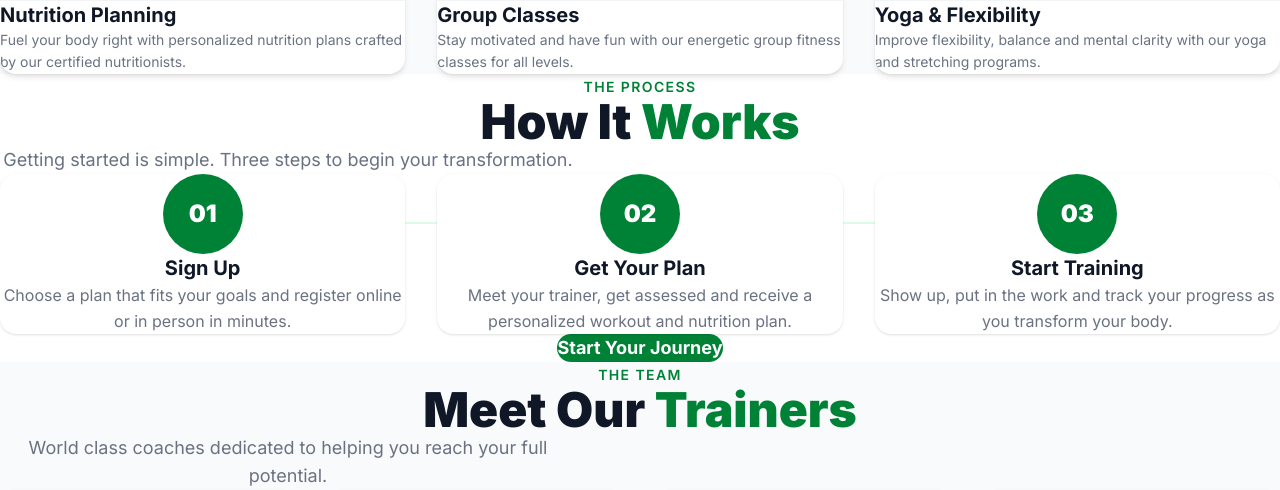
Repository: joshuaonazi/primeFitness
Page: /
The author's editor kept a copy of each file at every save. The page is drawn from the files as they stood at one save, then again after the next save.
The browser window is 1280 px wide. The pictures show the part of the page from y = 1941 to 2431 px (the page is 4222 px tall).
Pictures or frames that could not be fetched are drawn as grey boxes. The project was rebuilt for these pictures with package versions that can differ from the ones it lists, and the page was loaded fresh each time. Also part of the build but not shown: vite.config.js.

Above is the page before, as saved 2026-05-28 00:20:29.

After the next save:
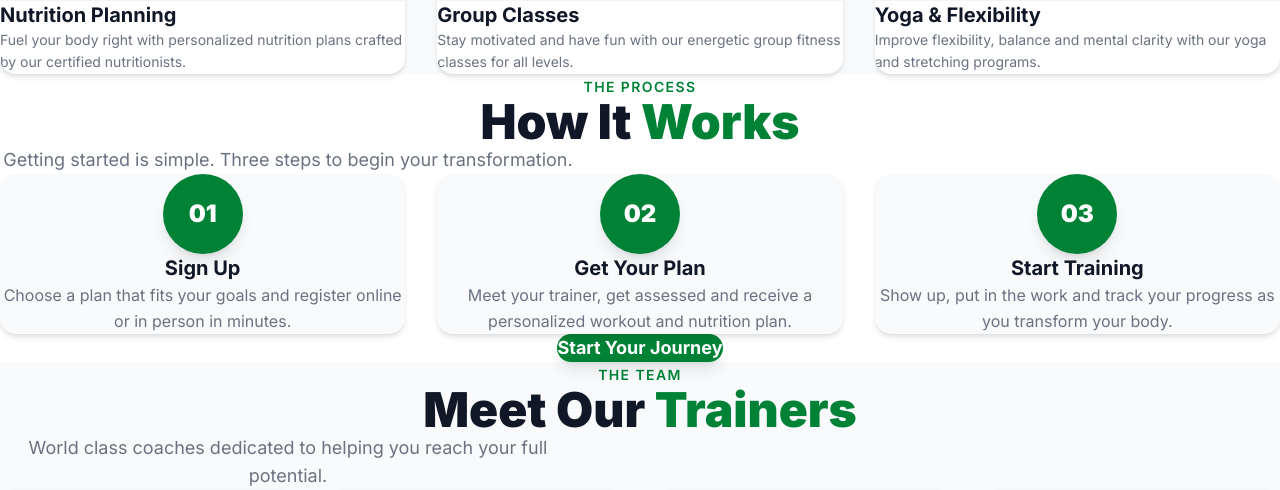
Saved 2 min 15 s later.
--- a/src/sections/HowItWorks.jsx
+++ b/src/sections/HowItWorks.jsx
@@ -4,24 +4,16 @@ import { steps } from '../data'
 const HowItWorks = () => {
   return (
     <section id="how-it-works" className="py-24 bg-white">
-      <div className="max-w-7xl mx-auto px-6">
-
-        {/* Header */}
+      <div className="max-w-7xl mx-auto px-6 lg:px-12">
         <motion.div initial={{ opacity: 0, y: 20 }} whileInView={{ opacity: 1, y: 0 }} transition={{ duration: 0.6 }} viewport={{ once: true }} className="text-center mb-16">
           <span className="text-green-700 font-semibold tracking-widest uppercase text-sm">The Process</span>
-          <h2 className="text-4xl md:text-5xl font-black text-gray-900 mt-2">How It <span className="text-green-700">Works</span></h2>
-          <p className="text-gray-500 mt-4 max-w-xl mx-auto text-lg">Getting started is simple. Three steps to begin your transformation.</p>
+          <h2 className="text-4xl md:text-5xl font-black text-gray-900 mt-3 mb-4">How It <span className="text-green-700">Works</span></h2>
+          <p className="text-gray-500 max-w-xl mx-auto text-lg">Getting started is simple. Three steps to begin your transformation.</p>
         </motion.div>
-
-        {/* Steps */}
-        <div className="grid grid-cols-1 md:grid-cols-3 gap-8 relative">
-
-          {/* Connector Line */}
-          <div className="hidden md:block absolute top-12 left-1/4 right-1/4 h-0.5 bg-green-100 z-0" />
-
+        <div className="grid grid-cols-1 md:grid-cols-3 gap-8">
           {steps.map((step, index) => (
-            <motion.div key={step.step} initial={{ opacity: 0, y: 30 }} whileInView={{ opacity: 1, y: 0 }} transition={{ duration: 0.5, delay: index * 0.2 }} viewport={{ once: true }} className="relative z-10 flex flex-col items-center text-center bg-white p-8 rounded-2xl shadow-sm hover:shadow-lg transition-shadow duration-300">
-              <div className="w-20 h-20 rounded-full bg-green-700 flex items-center justify-center mb-6">
+            <motion.div key={step.step} initial={{ opacity: 0, y: 30 }} whileInView={{ opacity: 1, y: 0 }} transition={{ duration: 0.5, delay: index * 0.2 }} viewport={{ once: true }} className="relative flex flex-col items-center text-center bg-gray-50 p-10 rounded-2xl shadow-md hover:shadow-xl transition-all duration-300">
+              <div className="w-20 h-20 rounded-full bg-green-700 flex items-center justify-center mb-6 shadow-lg">
                 <span className="text-white text-2xl font-black">{step.step}</span>
               </div>
               <h3 className="text-xl font-bold text-gray-900 mb-3">{step.title}</h3>
@@ -29,12 +21,9 @@ const HowItWorks = () => {
             </motion.div>
           ))}
         </div>
-
-        {/* Bottom CTA */}
         <motion.div initial={{ opacity: 0, y: 20 }} whileInView={{ opacity: 1, y: 0 }} transition={{ duration: 0.6 }} viewport={{ once: true }} className="text-center mt-16">
-          <a href="#pricing" className="bg-green-700 hover:bg-green-800 text-white px-8 py-4 rounded-full font-bold text-lg transition-colors duration-200 inline-block">Start Your Journey</a>
+          <a href="#pricing" className="bg-green-700 hover:bg-green-800 text-white px-10 py-4 rounded-full font-bold text-lg transition-colors duration-200 inline-block shadow-lg">Start Your Journey</a>
         </motion.div>
-
       </div>
     </section>
   )
